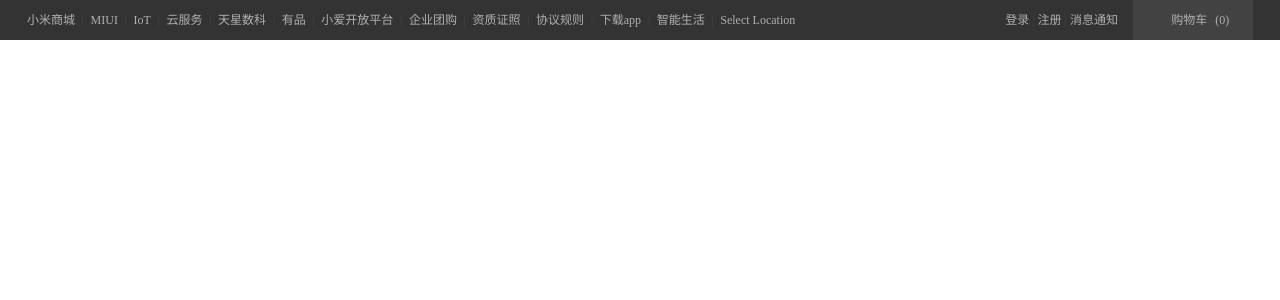
Repository: StackTc/FrontStudy
Page: xiaomi/demo.html
The author's editor kept a copy of each file at every save. The page is drawn from the files as they stood at one save, then again after the next save.
The browser window is 1280 px wide. The pictures show the whole page.
Some web fonts or font styles are not loaded; a fallback is used.

Above is the page before, as saved 2024-06-05 08:39:16.

After the next save:
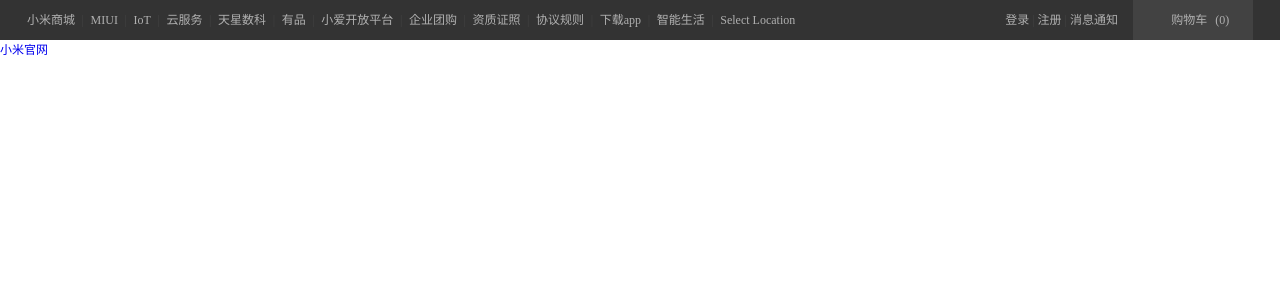
Saved 11 s later.
--- a/xiaomi/demo.html
+++ b/xiaomi/demo.html
@@ -75,7 +75,12 @@
     </div>
 
     <div class="site-header">
-
+        <!-- logo -->
+        <div class="head-logo fl">
+            <a href="#" class="logo text">
+                小米官网
+            </a>
+        </div>
     </div>
 </body>
 
